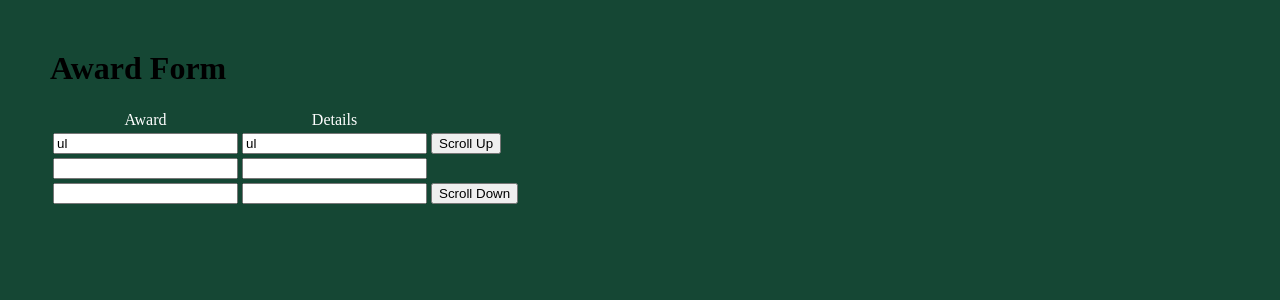
Repository: prajaktamore/Web-Based-Programming-3
Page: http://localhost/BinaryCalculator/entranceAwardWinners.jsp
An editor plug-in stored every save of this project. The page is shown before and after the next save, followed by the edit.
The browser window is 1280 px wide. The pictures show the whole page.
The page is served by Tomcat 9.

Above is the page before, as saved 2014-05-01 05:45:28.

After the next save:
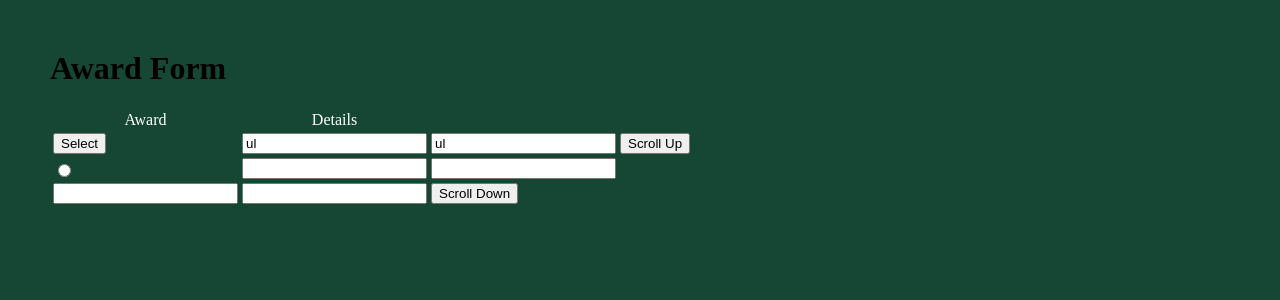
Saved 10 min 5 s later.
--- a/BinaryCalculator/WebContent/entranceAwardWinners.jsp
+++ b/BinaryCalculator/WebContent/entranceAwardWinners.jsp
@@ -198,12 +198,14 @@ function scrollUp()
 						<td></td>
 					</tr>
 					<tr>
+						<td><input type="submit" name="sub1" id="sub1" value="Select"></td>
 						<td><input id="name1" type="text" name="name" readonly></td>
 						<td><input id="detail1" type="text" name="detail" readonly></td>
 						<td><input type="button" name="up" value="Scroll Up" onClick="scrollUp()"></td>
 						<td><input id="pos1" type="hidden" readonly></td>
 					</tr>
 					<tr>
+						<td><input id=radio2 type="radio" name="del" onChange="return handleChange()"></td>
 						<td><input id="name2" type="text" name="name" readonly></td>
 						<td><input id="detail2" type="text" name="detail" readonly></td>
 						<td><input id="pos2" type="hidden" readonly></td>
